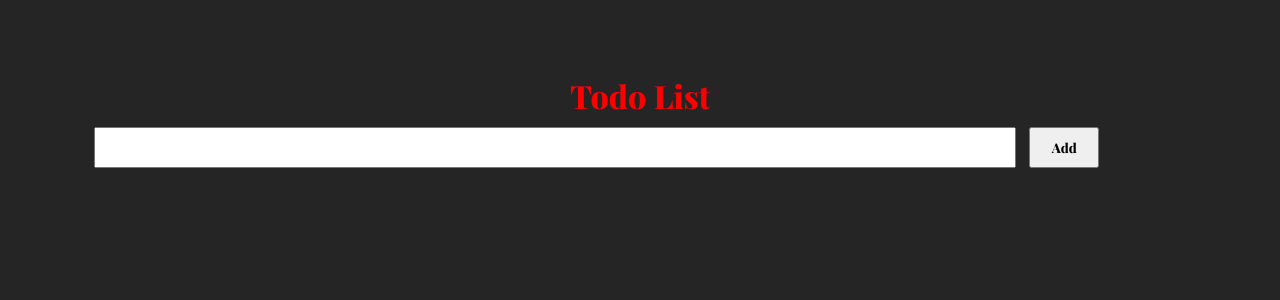
Repository: TENSAEA/----todo
Page: index.html
An editor plug-in stored every save of this project. The page is shown before and after the next save, followed by the edit.
The browser window is 1280 px wide. The pictures show the whole page.
Some web fonts or font styles are not loaded; a fallback is used.

Above is the page before, as saved 2023-10-12 22:04:32.

### index.html
<!DOCTYPE html>
<html lang="en">
  <head>
    <meta charset="UTF-8" />
    <meta name="viewport" content="width=device-width, initial-scale=1.0" />
    <title>TodoList</title>
    <link rel="stylesheet" href="style.css" />
  </head>
  <body>
    <div id="particle">
      <div class="container">
        <h1>Todo List</h1>
        <div class="header">
          <form class="form">
            <input type="text" id="add" />
            <label for="add"><button id="addBtn">Add</button></label>
          </form>
        </div>
        <div class="list-div">
          <!-- <div class="list-hide">
          <ul class="list">
            <li>
              <input class="list-text" type="text" id="edit" readonly />
              <label for="edit">
                <button class="edit">Edit</button
                ><button class="delete">Delete</button>
              </label>
            </li>
          </ul>
        </div> -->
        </div>
      </div>
    </div>
    <script src="particles.js"></script>
    <script src="https://cdn.jsdelivr.net/npm/particles.js@2.0.0/particles.min.js"></script>
    <script src="script.js"></script>
  </body>
</html>

### style.css
@import url('https://fonts.googleapis.com/css2?family=Bungee+Spice&family=Playfair+Display:wght@800&display=swap');

*{
   box-sizing:border-box;
   margin:0;
   padding:0;
   font-family: 'Bungee Spice', sans-serif;
font-family: 'Playfair Display', serif;}
body{
    background-color: #252525;
}

#particle{
    width: 100%;
    height: 100%;
    background-size: cover;
}

.container{
    display: flex;
    flex-direction: column;
    padding: 5%;
}

.container h1{
    padding:10px;
    text-align:center;
    color:red
}

.header{
    padding-bottom: 20px;
}

#add{
    padding: 10px;
    width:80%;
    margin-left:30px;
}
.form label button{
    padding:10px;
    width:70px;
    margin-left:10px;
    cursor: pointer;
}

.list{
    padding-bottom: 20px;
}

.list li{
    list-style-type: none;
}

.list-div .list li .list-text{
    padding: 10px;
    width:60%;
    margin-left:60px;
}
.edit,.delete{
    padding:10px;
    width:70px;
    margin-left:10px;
    cursor: pointer;
}

@media (max-width:636px){
    .form label button{
        padding:10px;
        width:70px;
        margin:3% 40%;
        cursor: pointer;
    }
    .edit,.delete{
        padding:10px;
        width:70px;
        margin:2% 38%;
        cursor: pointer;
    }
    }

### particles.js
window.addEventListener("load", () => {
  var config = {
    particles: {
      number: {
        value: 150,
        density: {
          enable: true,
          value_area: 786,
        },
      },
      color: {
        value: ["#ffffff", "#FF6F91", "#F9F871", "#D65DB1"],
      },
      shape: {
        type: "circle",
        stroke: {
          width: 1,
          color: "#000000",
        },
        polygon: {
          nb_sides: 12,
        },
        image: {
          src: "",
          width: 100,
          height: 100,
        },
      },
      opacity: {
        value: 1,
        random: true,
        anim: {
          enable: true,
          speed: 1,
          opacity_min: 0,
          sync: false,
        },
      },
      size: {
        value: 10,
        random: true,
        anim: {
          enable: true,
          speed: 3,
          size_min: 0.3,
          sync: false,
        },
      },
      line_linked: {
        enable: true,
        distance: 100,
        color: "#ff2",
        opacity: 1,
        width: 10,
      },
      move: {
        enable: true,
        speed: 1.3,
        direction: "top",
        random: true,
        straight: true,
        out_mode: "out",
        bounce: false,
        attract: {
          enable: true,
          rotateX: 2082.2488,
          rotateY: 3363.6328,
        },
      },
    },
    interactivity: {
      detect_on: "canvas",
      events: {
        onhover: {
          enable: true,
          mode: "grab",
        },
        onclick: {
          enable: true,
          mode: "repulse",
        },
        resize: true,
      },
      modes: {
        grab: {
          distance: 70,
          line_linked: {
            opacity: 0.5,
          },
        },
        bubble: {
          distance: 100,
          size: 5,
          duration: 8.598243,
          opacity: 0,
          speed: 3,
        },
        repulse: {
          distance: 150,
          duration: 0.8,
        },
        push: {
          particles_nb: 4,
        },
        remove: {
          particles_nb: 2,
        },
      },
    },
    retina_detect: true,
  };

  window.onload = function () {
    let clause = window.innerWidth < 768;
    config.particles.number.value = clause ? 80 : 150;
    particlesJS("particle", config);
  };
});

### script.js
window.addEventListener("load", () => {
  let addInput = document.getElementById("add");
  let addBtn = document.getElementById("addBtn");

  addBtn.addEventListener("click", (e) => {
    e.preventDefault();
    console.log("clicked");
    let list = document.querySelector(".list-div");
    let ul = document.createElement("ul");
    ul.classList.add("list");
    let li = document.createElement("li");
    ul.appendChild(li);
    let input = document.createElement("input");
    input.classList.add("list-text");
    input.type = "text";
    input.id = "edit";
    input.setAttribute("readonly", "readonly");
    input.value = addInput.value;
    li.appendChild(input);

    let label = document.createElement("label");
    label.setAttribute("for", "edit");
    li.appendChild(label);
    let buttonOne = document.createElement("button");
    buttonOne.classList.add("edit");
    buttonOne.textContent = "Edit";
    label.appendChild(buttonOne);
    let buttonTwo = document.createElement("button");
    buttonTwo.classList.add("delete");
    buttonTwo.textContent = "Delete";
    label.appendChild(buttonTwo);

    let listHide = document.createElement("div");
    listHide.classList.add("list-hide");

    listHide.appendChild(ul);
    list.appendChild(listHide);

    buttonOne.addEventListener("click", () => {
      if (buttonOne.textContent.toLowerCase() == "edit") {
        input.removeAttribute("readonly");
        buttonOne.textContent = "Save";
        input.focus();
      } else {
        input.setAttribute("readonly", "readonly");
        buttonOne.textContent = "Edit";
      }
    });

    buttonTwo.addEventListener("click", () => {
      list.removeChild(listHide);
    });
  });
});

After the next save:
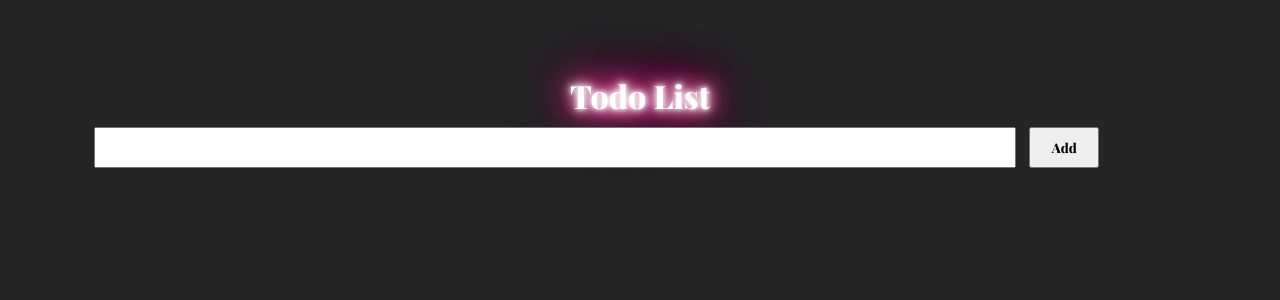
Saved 2 min 57 s later.
--- a/style.css
+++ b/style.css
@@ -20,12 +20,16 @@ body{
     display: flex;
     flex-direction: column;
     padding: 5%;
+
 }
 
 .container h1{
     padding:10px;
     text-align:center;
-    color:red
+    color: #FFFFFF;
+text-shadow: #FFF 0px 0px 5px, #FFF 0px 0px 10px, #FFF 0px 0px 15px, #FF2D95 0px 0px 20px, #FF2D95 0px 0px 30px, #FF2D95 0px 0px 40px, #FF2D95 0px 0px 50px, #FF2D95 0px 0px 75px;
+color: #FFFFFF;
+
 }
 
 .header{
